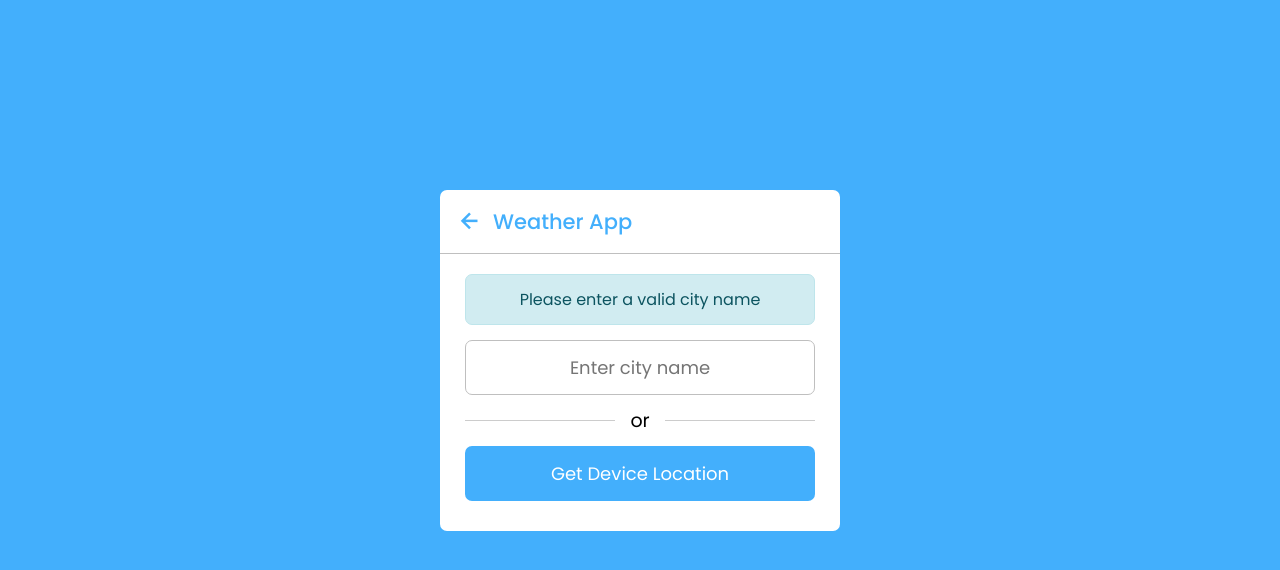
Repository: long13820/Weather-App-HTML-CSS-Javascript
Page: index.html
The author's editor kept a copy of each file at every save. The page is drawn from the files as they stood at one save, then again after the next save.
The browser window is 1280 px wide. The pictures show the whole page.

Above is the page before, as saved 2021-09-02 10:19:31.

After the next save:
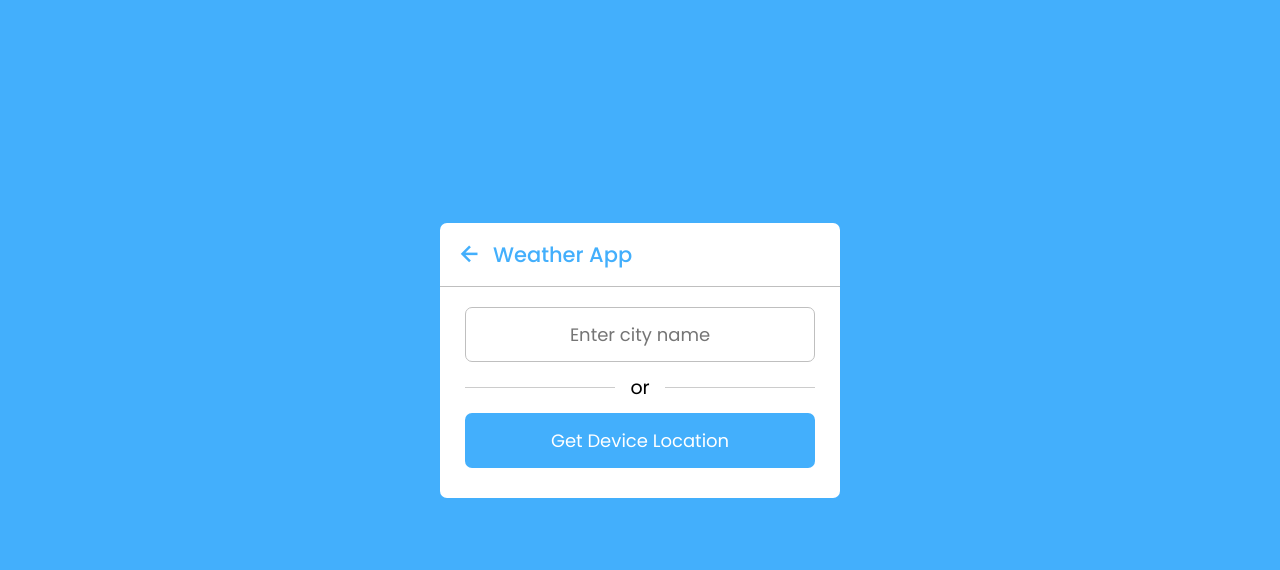
Saved 5 s later.
--- a/style.css
+++ b/style.css
@@ -37,7 +37,7 @@ header i{
     margin: 20px 25px 30px;
 }
 .input-part .info-txt{
-    di
+    display: none;
     font-size: 17px;
     text-align: center;
     padding: 12px 7px;
